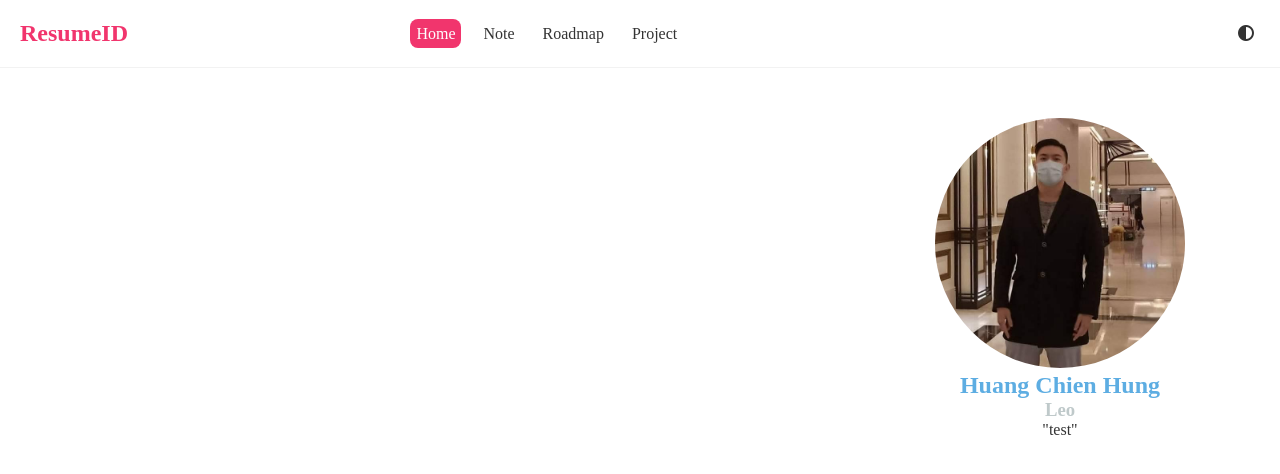
Repository: leo-play-code/ResumeID
Page: /
The author's editor kept a copy of each file at every save. The page is drawn from the files as they stood at one save, then again after the next save.
The browser window is 1280 px wide. The pictures show the whole page.
Some web libraries are served in a nearby version. The project was rebuilt for these pictures with package versions that can differ from the ones it lists, and the page was loaded fresh each time. Also part of the build but not shown: src/Note/Note.js, src/Roadmap/Roadmap.js, src/Project/Project.js.

Above is the page before, as saved 2022-10-18 14:01:26.

After the next save:
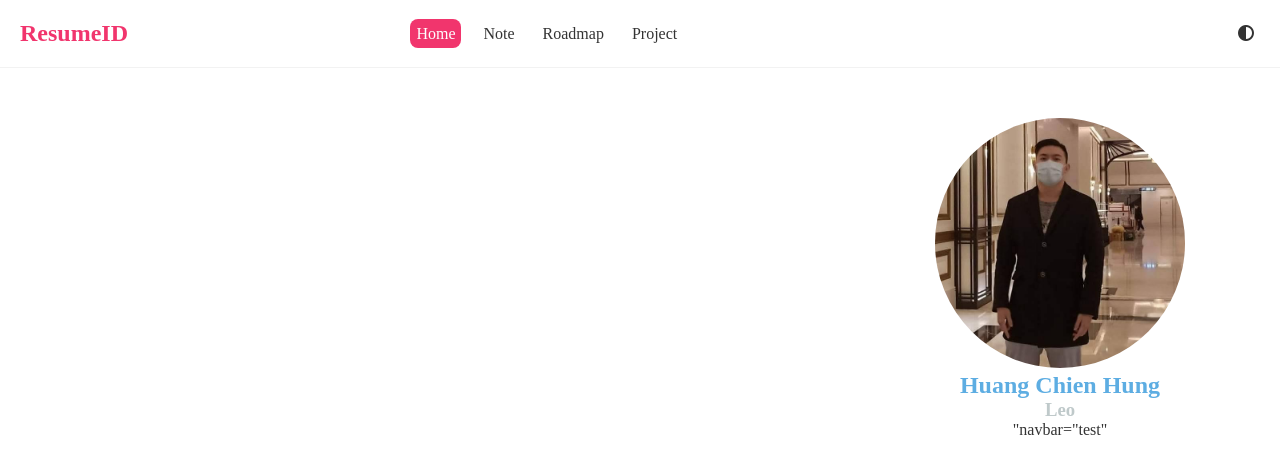
Saved 13 s later.
--- a/src/Home/Home.js
+++ b/src/Home/Home.js
@@ -8,7 +8,7 @@ function Home(){
                 <img src={pic} alt="" />
                 <h2 className='MainName'>Huang Chien Hung</h2>
                 <h3 className='EnglishName'>Leo</h3>
-                <code>"test"</code>
+                <code>"navbar="test"</code>
             </div>
         </div>
     )
